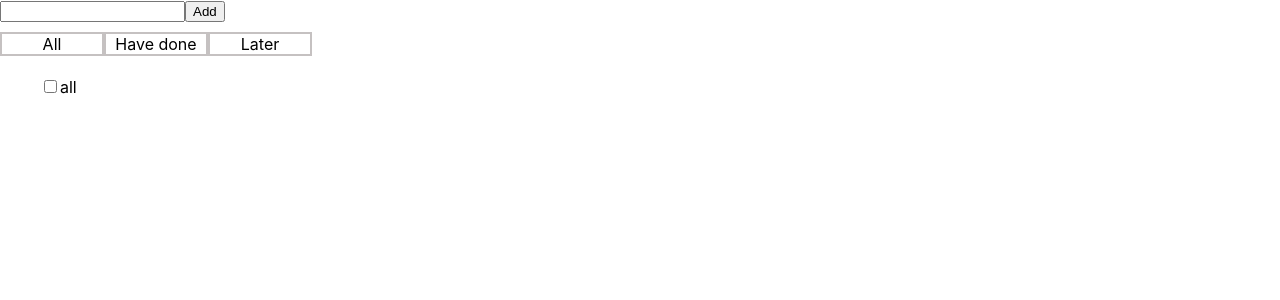
Repository: yurensmile/todolist
Page: /, after clicking the first element matching `button`
The author's editor kept a copy of each file at every save. The page is drawn from the files as they stood at one save, then again after the next save.
The browser window is 1280 px wide. The pictures show the whole page.
The project was rebuilt for these pictures with package versions that can differ from the ones it lists, and the page was loaded fresh each time. Also part of the build but not shown: src/HaveDone.js.

Above is the page before, as saved 2019-03-18 19:21:02.

After the next save:
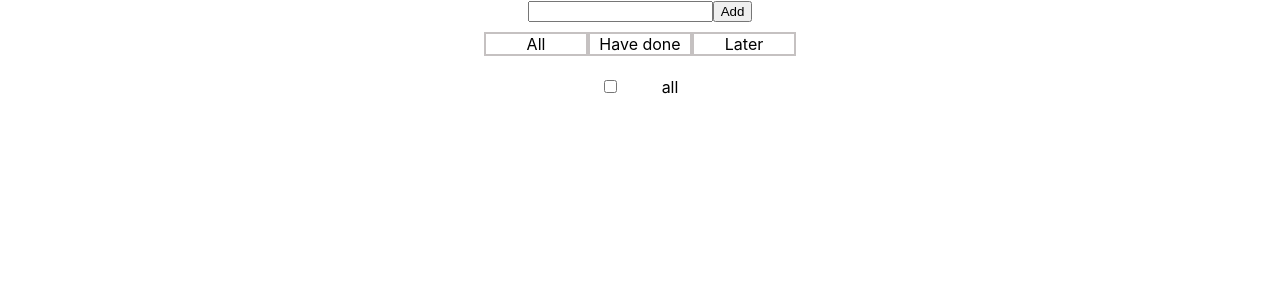
Saved 53 s later.
--- a/src/App.css
+++ b/src/App.css
@@ -1,6 +1,6 @@
-/* .App {
+.App {
   text-align: center;
-} */
+}
 ul{
   list-style-type: none;
 }
